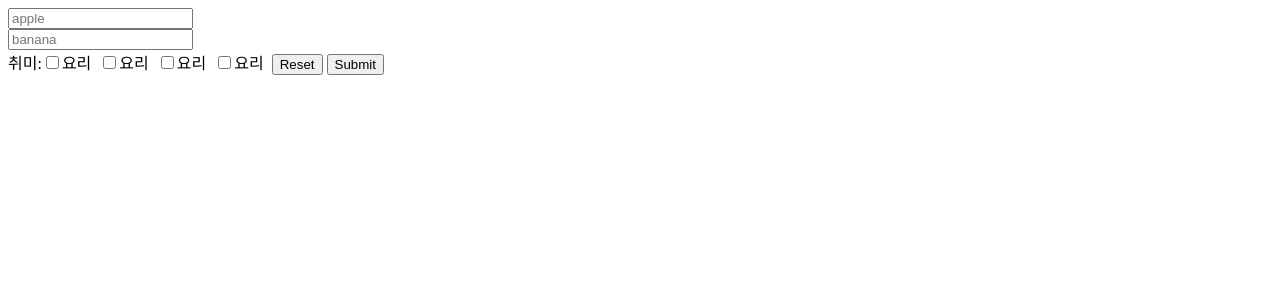
Repository: djdh94/jsp_practice
Page: http://localhost/JSPBasic/jspObject/3.cookie/test.jsp
These files come from the project's save history. The page is drawn as it stood at one moment and after the next save; the edit follows.
The browser window is 1280 px wide. The pictures show the whole page.
The page is served by Tomcat 9. Other server files are loaded and not shown.

Above is the page before, as saved 2022-02-05 04:05:47.

### JSPBasic/src/main/webapp/jspObject/3.cookie/test.jsp
<%@page import="java.util.Date"%>
<%@page import="java.util.ArrayList"%>
<%@page import="java.util.List"%>
<%@ page language="java" contentType="text/html; charset=UTF-8"
    pageEncoding="UTF-8"%>


<!DOCTYPE html>
<html>
<head>
<meta charset="UTF-8">
<title>Insert title here</title>
</head>
<body>
	<form action="test2.jsp" method="get">
	<input type="text" name="apple" placeholder="apple"/><br/>
	<input type="password" name="banana" placeholder="banana"/><br/>
	취미:<input type="checkbox" name="hobby" value="요리">요리&nbsp;
	<input type="checkbox" name="hobby" value="요리">요리&nbsp;
	<input type="checkbox" name="hobby" value="요리">요리&nbsp;
	<input type="checkbox" name="hobby" value="요리">요리&nbsp;
	<input type="reset"/>
	<input type="submit"/>
	</form>
</body>
</html>

After the next save:
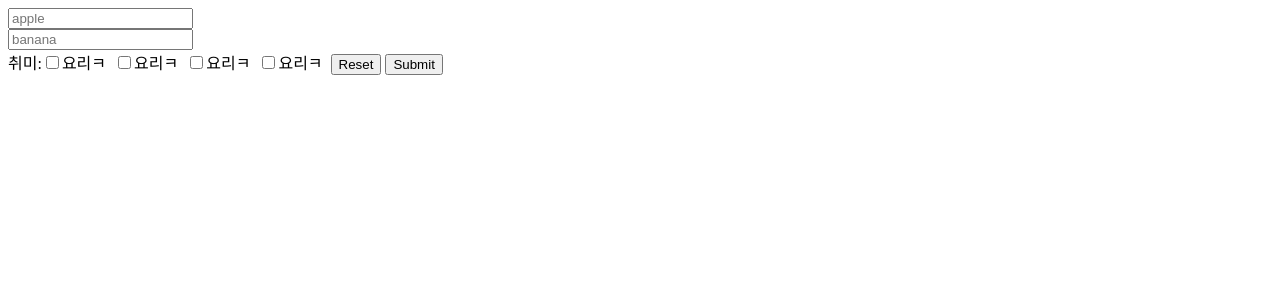
Saved 12 s later.
--- a/JSPBasic/src/main/webapp/jspObject/3.cookie/test.jsp
+++ b/JSPBasic/src/main/webapp/jspObject/3.cookie/test.jsp
@@ -15,10 +15,10 @@
 	<form action="test2.jsp" method="get">
 	<input type="text" name="apple" placeholder="apple"/><br/>
 	<input type="password" name="banana" placeholder="banana"/><br/>
-	취미:<input type="checkbox" name="hobby" value="요리">요리&nbsp;
-	<input type="checkbox" name="hobby" value="요리">요리&nbsp;
-	<input type="checkbox" name="hobby" value="요리">요리&nbsp;
-	<input type="checkbox" name="hobby" value="요리">요리&nbsp;
+	취미:<input type="checkbox" name="hobby" value="요리">요리ㅋ&nbsp;
+	<input type="checkbox" name="hobby" value="요리">요리ㅋ&nbsp;
+	<input type="checkbox" name="hobby" value="요리">요리ㅋ&nbsp;
+	<input type="checkbox" name="hobby" value="요리">요리ㅋ&nbsp;
 	<input type="reset"/>
 	<input type="submit"/>
 	</form>
